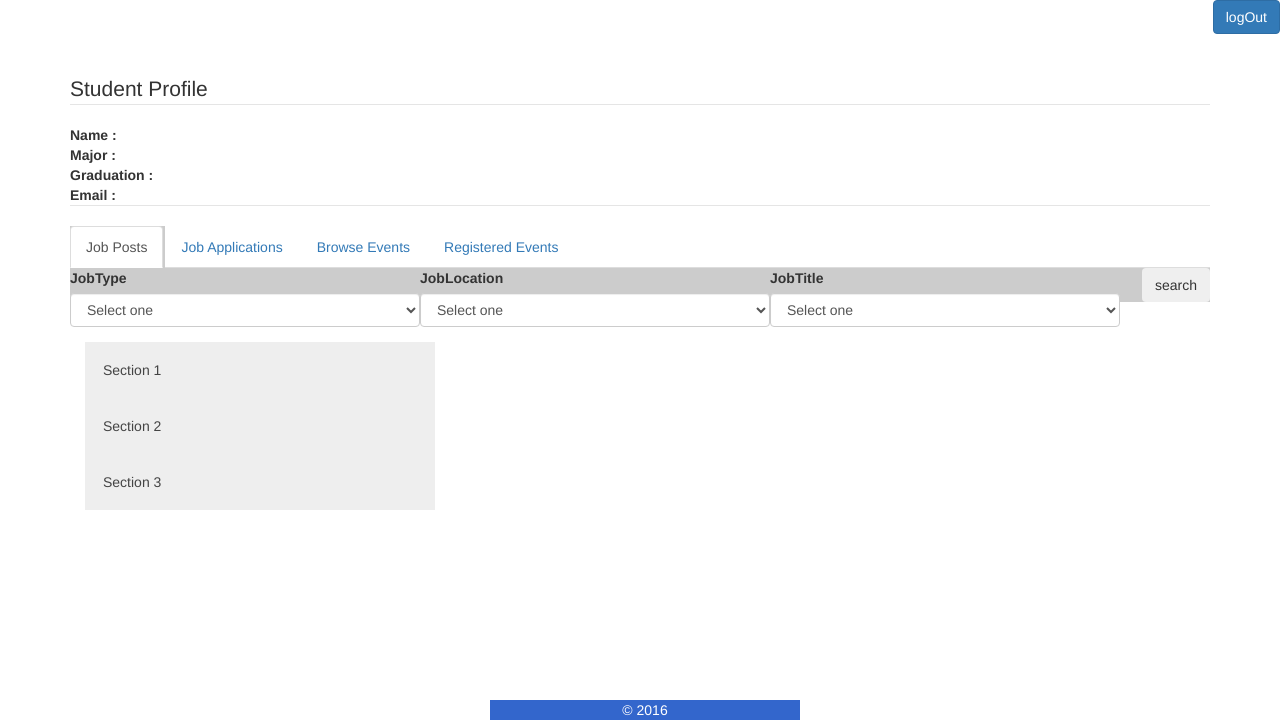
Repository: merlynfrank/AcademicProjects
Page: http://localhost/studenthome
These files come from the project's save history. The page is drawn as it stood at one moment and after the next save; the edit follows.
The browser window is 1280 px wide. The pictures show the whole page.
The page is this project's Thymeleaf template; nobody is signed in. The template is opened directly, without the code that normally fills it, so the values that code supplies are empty.

Above is the page before, as saved 2018-12-01 05:53:07.

### smith-is-internship/src/main/resources/templates/studenthome.html
<!DOCTYPE html>
<html xmlns:th="http://thymeleaf.org">
<head>
<link th:href="@{/css/bootstrap.min.css}" rel="stylesheet"
	type="text/css"></link>
<link th:href="@{/css/layout.css}" rel="stylesheet" type="text/css"></link>
<script type="text/javascript" th:src="@{/js/jquery-3.1.0.min.js}"></script>
<script type="text/javascript" th:src="@{/js/bootstrap.min.js}"></script>

<meta name="viewport" content="width=device-width, initial-scale=1"></meta>
  <link rel="stylesheet" href="https://maxcdn.bootstrapcdn.com/bootstrap/3.3.7/css/bootstrap.min.css"></link>
  <script src="https://ajax.googleapis.com/ajax/libs/jquery/3.3.1/jquery.min.js"></script>
  <script src="https://maxcdn.bootstrapcdn.com/bootstrap/3.3.7/js/bootstrap.min.js"></script>
</head>
<style>
.footer {
	position: absolute;
	right: 37.5%;
	left: 50%;
	bottom: 0px;
	width: 100;
	background: #3366cc;
	color: white;
	text-align: center;
	margin-left: -150px
}

/* Style the buttons that are used to open and close the accordion panel */
.accordion {
    background-color: #eee;
    color: #444;
    cursor: pointer;
    padding: 18px;
    width: 100%;
    text-align: left;
    border: none;
    outline: none;
    transition: 0.4s;
}

/* Add a background color to the button if it is clicked on (add the .active class with JS), and when you move the mouse over it (hover) */
.active, .accordion:hover {
    background-color: #ccc;
}

/* Style the accordion panel. Note: hidden by default */
.panel {
    padding: 0 18px;
    background-color: white;
    display: none;
    overflow: hidden;
}

</style>
<body>
	<!-- LogOut button -->
	<form th:action="@{/login}" th:object="${loginForm}">
		<div align="right">
			<button id="logOut" name="logOut" class="btn btn-primary">logOut</button>
		</div>
	</form>
	<br />
	<br />
	<div class="container">

			<fieldset>

				<!-- Form Name -->
				<legend>Student Profile</legend>
				<table>
					<tr>
						<th>Name :</th>
						<td><span th:text="${fname}"> ${fname} </span><span
							th:text="${lname}">${lname}</span></td>
					</tr>
					<tr>
						<th>Major :</th>
						<td><span th:text="${major}"> ${major} </span></td>
					</tr>
					<tr>
						<th>Graduation :</th>
						<td><span th:text="${graduation}"> ${graduation} </span></td>
					</tr>
					<tr>
						<th>Email :</th>
						<td><span th:text="${email}"> ${email} </span></td>
					</tr>
				</table>

			</fieldset>


		<script type="text/javascript" th:src="@{/js/jquery-3.1.0.min.js}"></script>
		<script type="text/javascript" th:src="@{/js/bootstrap.min.js}"></script>
	</div>

	<!-- Table for Search jobs and Applied jobs -->
	<div class="container">
		<legend></legend>
	</div>

	<div id="exTab2" class="container">
		<ul class="nav nav-tabs">
			<li class="active"><a href="#1" data-toggle="tab">Job Posts</a>
			</li>
			<li><a href="#2" data-toggle="tab">Job Applications</a></li>
			<li><a href="#3" data-toggle="tab">Browse Events</a></li>
			<li><a href="#4" data-toggle="tab">Registered Events</a></li>
		</ul>

		<div class="tab-content ">
			<div class="tab-pane active" id="1">
				<form class="form-horizontal" th:action="@{/jobsearch}"
			th:object="${jobSearchForm}" method="post">
					<div class="form-group col-md-4">
						<label for="jobType">JobType</label> <select id="jobType"
							class="form-control">
							<option selected="selected">Select one</option>
							<option>Analyst</option>
						</select>
					</div>
					<div class="form-group col-md-4">
						<label for="jobType">JobLocation</label> <select id="joblocation"
							class="form-control">
							<option selected="selected">Select one</option>
							<option>Maryland</option>
							<option>DC</option>
						</select>
					</div>
					<div class="form-group col-md-4">
						<label for="jobType">JobTitle</label> <select id="jobTitle"
							class="form-control">
							<option selected="selected">Select one</option>
							<option>Data Analyst</option>
							<option>Business Analyst</option>
						</select>
					</div>
					<div align="right">
						<button id="search" name="search" class="btn">search</button>
					</div>
				</form>
				<div class="form-group col-md-4">

				<!-- <div th:each="job : ${jobs}">
    <span th:text="${job.jobTitle}"></span>
</div> -->

				<button class="accordion">Section 1</button>
<div class="panel">
  <p>Lorem ipsum...</p>
</div>

<button class="accordion">Section 2</button>
<div class="panel">
  <p>Lorem ipsum...</p>
</div>

<button class="accordion">Section 3</button>
<div class="panel">
  <p>Lorem ipsum...</p>
</div>

				</div>

			</div>
			<div class="tab-pane" id="2">
				<h3>Notice the gap between the content and tab after applying a
					background color</h3>
			</div>
			<div class="tab-pane" id="3">
				<h3>add clearfix to tab-content (see the css)</h3>
			</div>
			<div class="tab-pane" id="4">
				<h3>add clearfix to tab-content (see the css)</h3>
			</div>
		</div>
	</div>


</body>
<div class="footer">&copy; 2016</div>

</html>

### smith-is-internship/src/main/resources/static/css/layout.css
.container {
    width: 600px;
    margin: auto;
}
.remember-me {
    text-align: center;
}
.btn-login {
    width: 100%;
}

Loaded but not shown: smith-is-internship/src/main/resources/static/css/bootstrap.min.css (library); smith-is-internship/src/main/resources/static/js/jquery-3.1.0.min.js (library); smith-is-internship/src/main/resources/static/js/bootstrap.min.js (library)

After the next save:
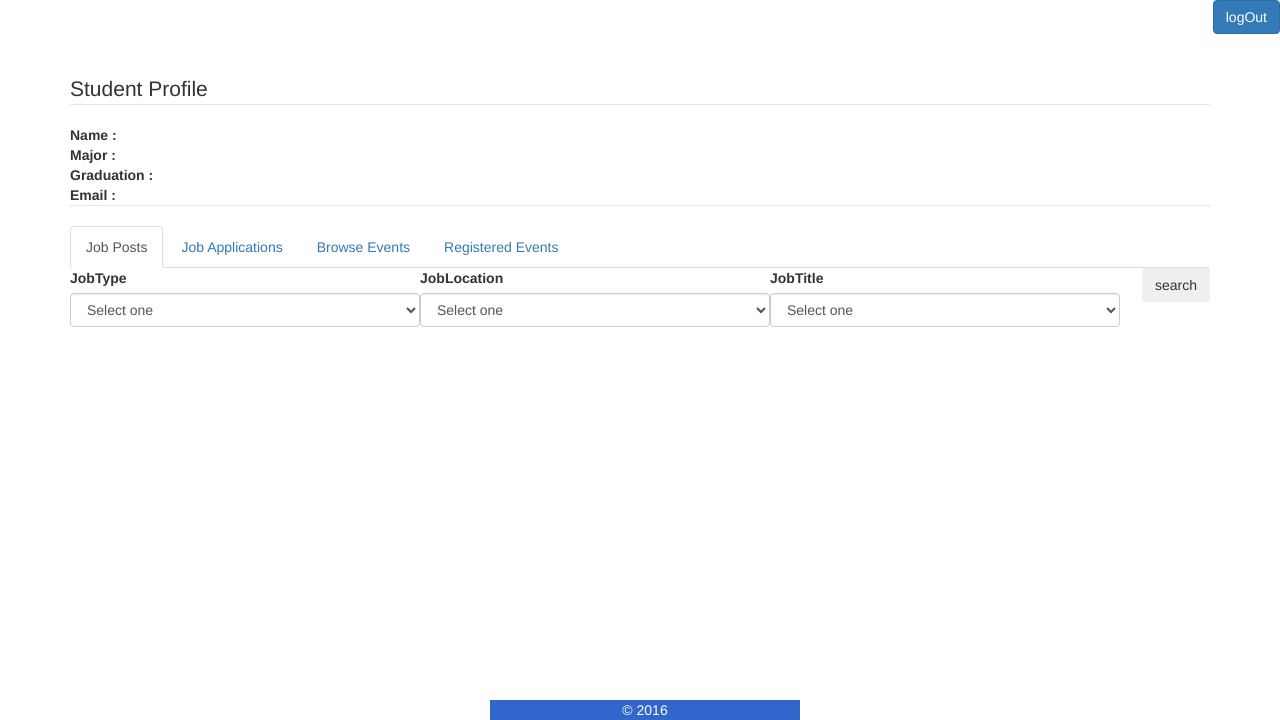
Saved 93 s later.
--- a/smith-is-internship/src/main/resources/templates/studenthome.html
+++ b/smith-is-internship/src/main/resources/templates/studenthome.html
@@ -7,8 +7,8 @@
 <script type="text/javascript" th:src="@{/js/jquery-3.1.0.min.js}"></script>
 <script type="text/javascript" th:src="@{/js/bootstrap.min.js}"></script>
 
-<meta name="viewport" content="width=device-width, initial-scale=1"></meta>
-  <link rel="stylesheet" href="https://maxcdn.bootstrapcdn.com/bootstrap/3.3.7/css/bootstrap.min.css"></link>
+<meta name="viewport" content="width=device-width, initial-scale=1">
+  <link rel="stylesheet" href="https://maxcdn.bootstrapcdn.com/bootstrap/3.3.7/css/bootstrap.min.css">
   <script src="https://ajax.googleapis.com/ajax/libs/jquery/3.3.1/jquery.min.js"></script>
   <script src="https://maxcdn.bootstrapcdn.com/bootstrap/3.3.7/js/bootstrap.min.js"></script>
 </head>
@@ -25,31 +25,7 @@
 	margin-left: -150px
 }
 
-/* Style the buttons that are used to open and close the accordion panel */
-.accordion {
-    background-color: #eee;
-    color: #444;
-    cursor: pointer;
-    padding: 18px;
-    width: 100%;
-    text-align: left;
-    border: none;
-    outline: none;
-    transition: 0.4s;
-}
 
-/* Add a background color to the button if it is clicked on (add the .active class with JS), and when you move the mouse over it (hover) */
-.active, .accordion:hover {
-    background-color: #ccc;
-}
-
-/* Style the accordion panel. Note: hidden by default */
-.panel {
-    padding: 0 18px;
-    background-color: white;
-    display: none;
-    overflow: hidden;
-}
 
 </style>
 <body>
@@ -145,20 +121,7 @@
     <span th:text="${job.jobTitle}"></span>
 </div> -->
 
-				<button class="accordion">Section 1</button>
-<div class="panel">
-  <p>Lorem ipsum...</p>
-</div>
 
-<button class="accordion">Section 2</button>
-<div class="panel">
-  <p>Lorem ipsum...</p>
-</div>
-
-<button class="accordion">Section 3</button>
-<div class="panel">
-  <p>Lorem ipsum...</p>
-</div>
 
 				</div>
 
